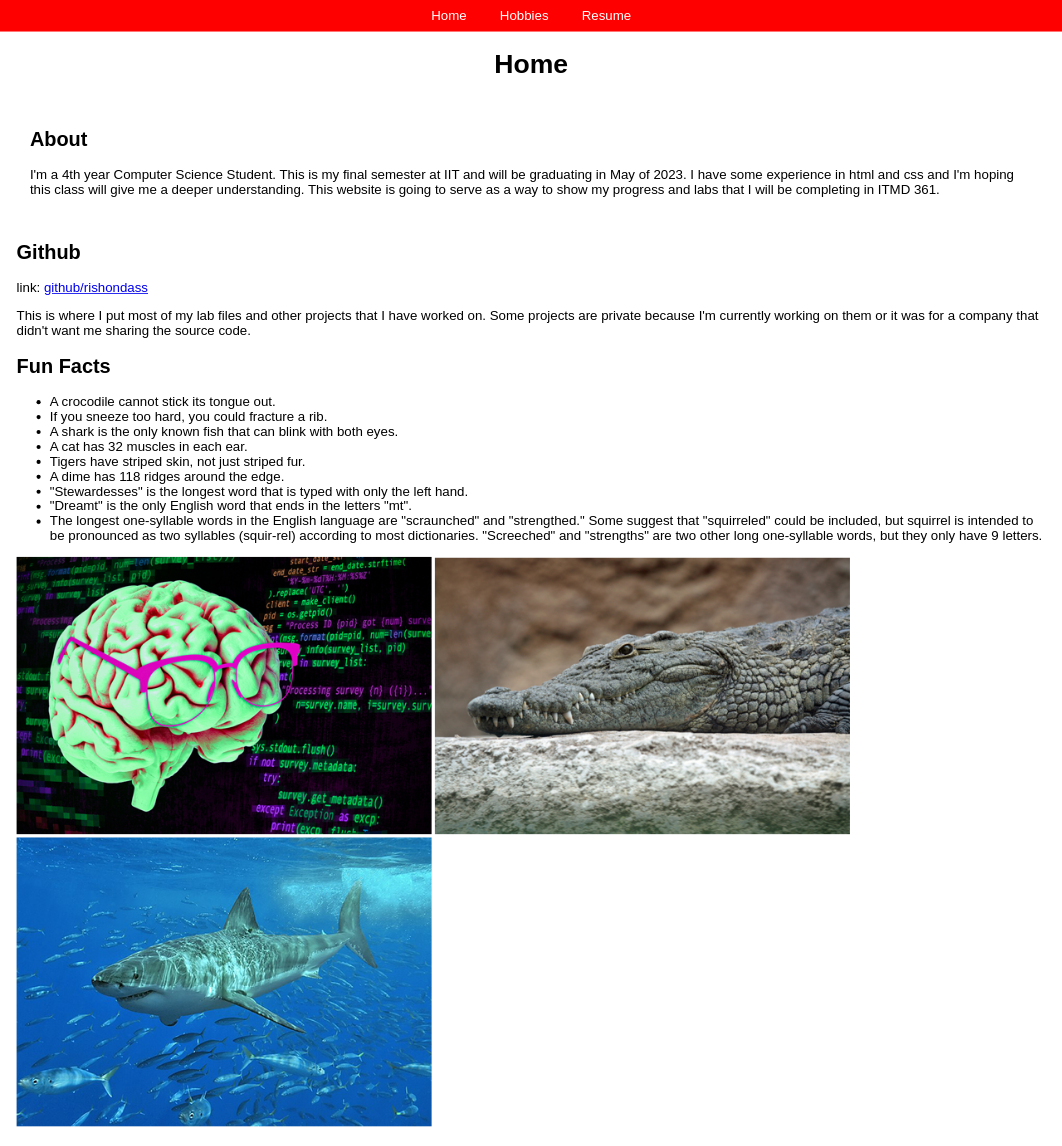
Repository: rishondass/ITMD361-Project2
Page: index.html
The author's editor kept a copy of each file at every save. The page is drawn from the files as they stood at one save, then again after a run of saves.
The browser window is 1280 px wide. The pictures show the whole page, at 83% of full size.

Above is the page before, as saved 2023-03-07 21:49:44.

### index.html
<!DOCTYPE html>
<html lang="en">
<head>
    <meta charset="UTF-8">
    <meta name="viewport" content="width=device-width, initial-scale=1.0">
    <link rel="stylesheet" href="css/style.css">
    <link rel="stylesheet" href="css/normalize.css">
    <title>Home</title>
</head>
<body>
    <nav id="main-nav">
        <ul>
            <li>
                <a href="index.html">Home</a>
            </li>
            <li>
                <a href="hobbies.html">Hobbies</a>
            </li>
            <li>
                <a href="resume.html">Resume</a>
            </li>
        </ul>
    </nav>
    <div id="hero-section">
        <h1 id="title-Home">
            Home
        </h1>
    </div>
    <div id="main-container">
        <div id="about-section">
            <h2>
                About
            </h2>
            <p>
                I'm a 4th year Computer Science Student. This is my final semester at IIT and will be graduating in May of 2023. I have some experience in html and css and I'm hoping this class will give me a deeper understanding. This website is going to serve as a way to show my progress and labs that I will be completing in ITMD 361.
            </p>
        </div>

        <h2>
            Github
        </h2>
        <p>
            link: <a target="_blank" href="https://www.github.com/rishondass">github/rishondass</a>
        </p>
        <p>
            This is where I put most of my lab files and other projects that I have worked on. Some projects are private because I'm currently working on them or it was for a company that didn't want me sharing the source code.
        </p>
        <h2>
            Fun Facts
        </h2>
        <ul>
            <li>
                A crocodile cannot stick its tongue out.
            </li>
            <li>
                If you sneeze too hard, you could fracture a rib.
            </li>
            <li>
                A shark is the only known fish that can blink with both eyes.
            </li>
            <li>
                A cat has 32 muscles in each ear.
            </li>
            <li>
                Tigers have striped skin, not just striped fur.
            </li>
            <li>
                A dime has 118 ridges around the edge.
            </li>
            <li>
                "Stewardesses" is the longest word that is typed with only the left hand.
            </li>
            <li>
                "Dreamt" is the only English word that ends in the letters "mt".
            </li>
            <li>
                The longest one-syllable words in the English language are "scraunched" and "strengthed." Some suggest that "squirreled" could be included, but squirrel is intended to be pronounced as two syllables (squir-rel) according to most dictionaries. "Screeched" and "strengths" are two other long one-syllable words, but they only have 9 letters.
            </li>
        </ul>
        <img src="images/code.jpg" alt="image_of_code">
        <img src="images/Nile_crocodile_head.jpg" alt="image_of_crocodile">
        <img src="images/White_shark.jpg" alt="image_of_shark">

    </div>
</body>
</html>

### css/style.css
#main-nav{
    background-color: red;
    overflow: hidden;
}

#main-nav ul{
    list-style-type: none;
    padding: 0;
    margin: 0;
    display: flex;
    justify-content: center;
}

#main-nav a{
   display: block;
   padding: 10px 20px;
   text-decoration: none;
   color: white;
}


#main-nav a:hover{
    background-color: rgb(255, 255, 255);
    color:black;
}

#main-container{
    margin: 20px;
}

/*
To be added
#hero-section{
    width: 100%;
    height: 100vh;
    background-color:rgb(15, 92, 207);
} */

#title-Home{
    text-align: center;
}

#about-section{
    background-color:rgb(255, 255, 255);
    border-radius: 1rem;
    padding: 1rem;
}

Loaded but not shown: css/normalize.css (library)

After the next 5 saves:
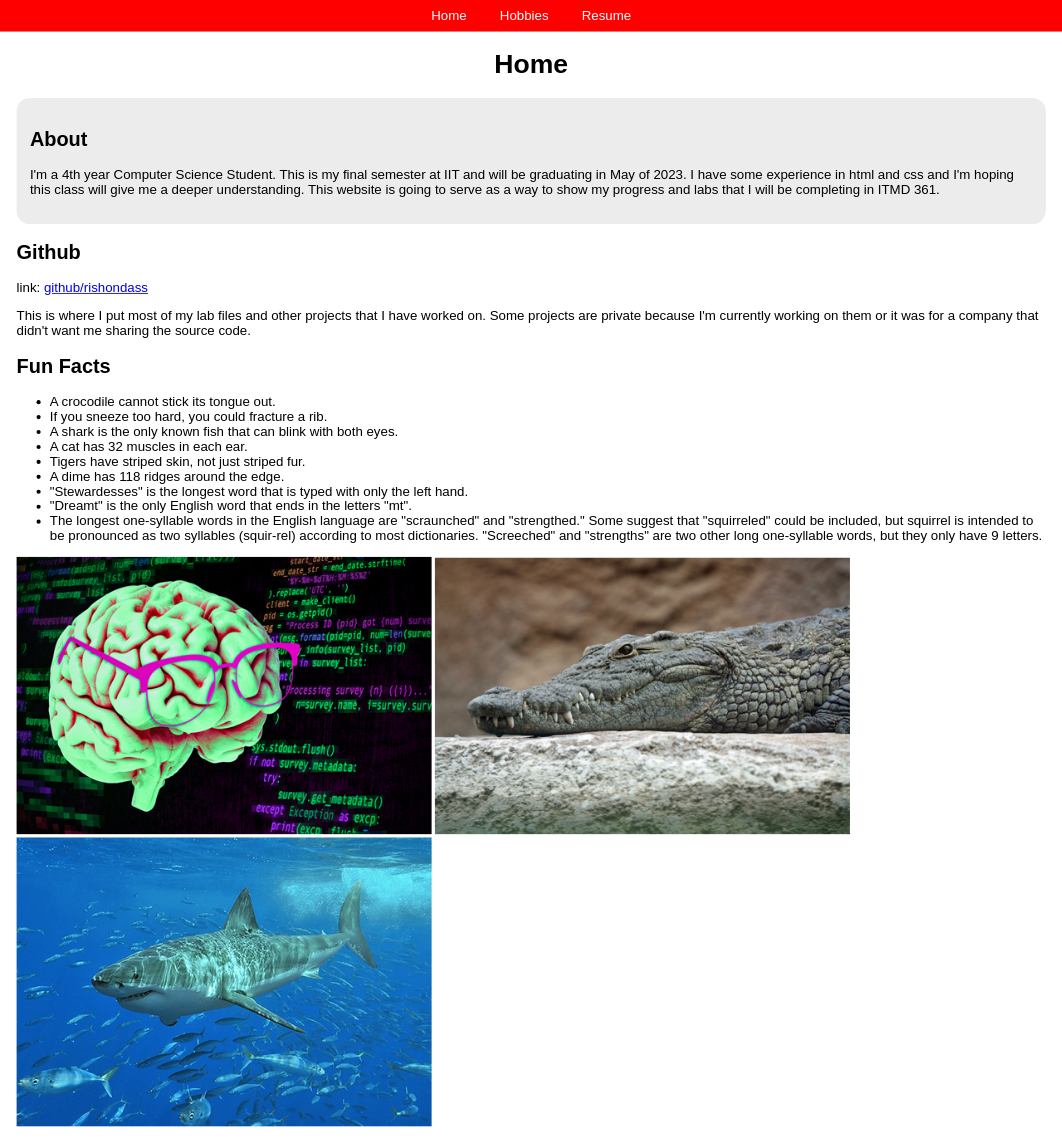
The 5 saves are shown as one change because they came seconds apart.
The last was saved 13 s later.
--- a/css/style.css
+++ b/css/style.css
@@ -41,7 +41,7 @@ To be added
 }
 
 #about-section{
-    background-color:rgb(255, 255, 255);
+    background-color:rgb(236, 236, 236);
     border-radius: 1rem;
     padding: 1rem;
 }
